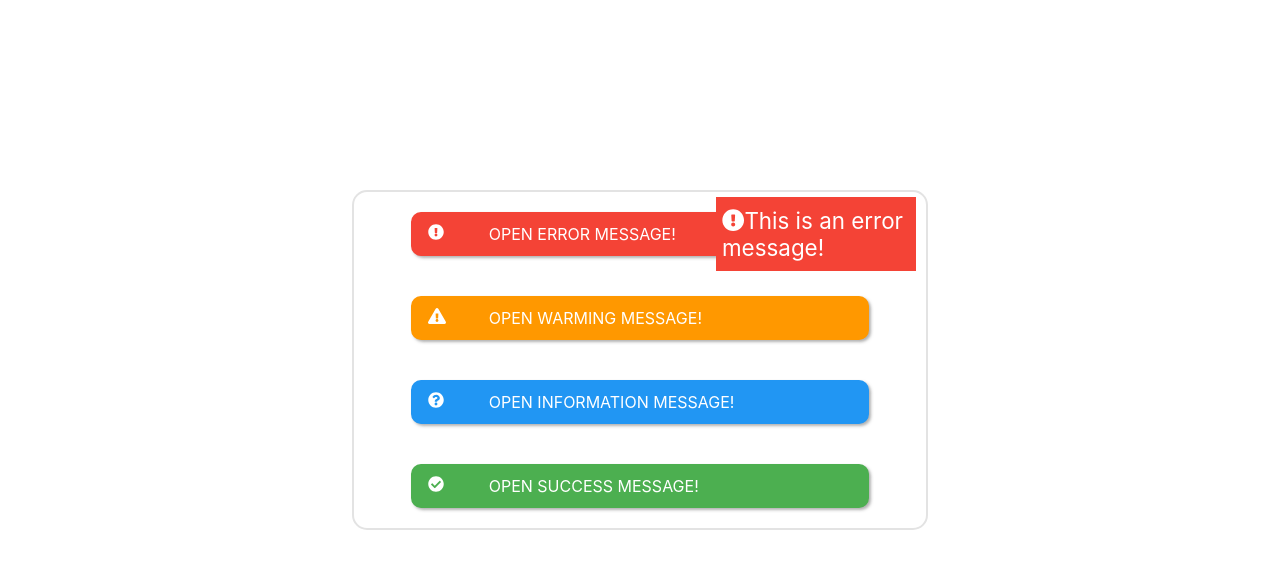
Repository: KrzysKolo/sr_tydzien5_zad2
Page: /, after clicking the first element matching `div.btn`
An editor plug-in stored every save of this project. The page is shown before and after the next save, followed by the edit.
The browser window is 1280 px wide. The pictures show the whole page.
The project was rebuilt for these pictures with package versions that can differ from the ones it lists, and the page was loaded fresh each time.

Above is the page before, as saved 2020-12-28 04:18:04.

After the next save:
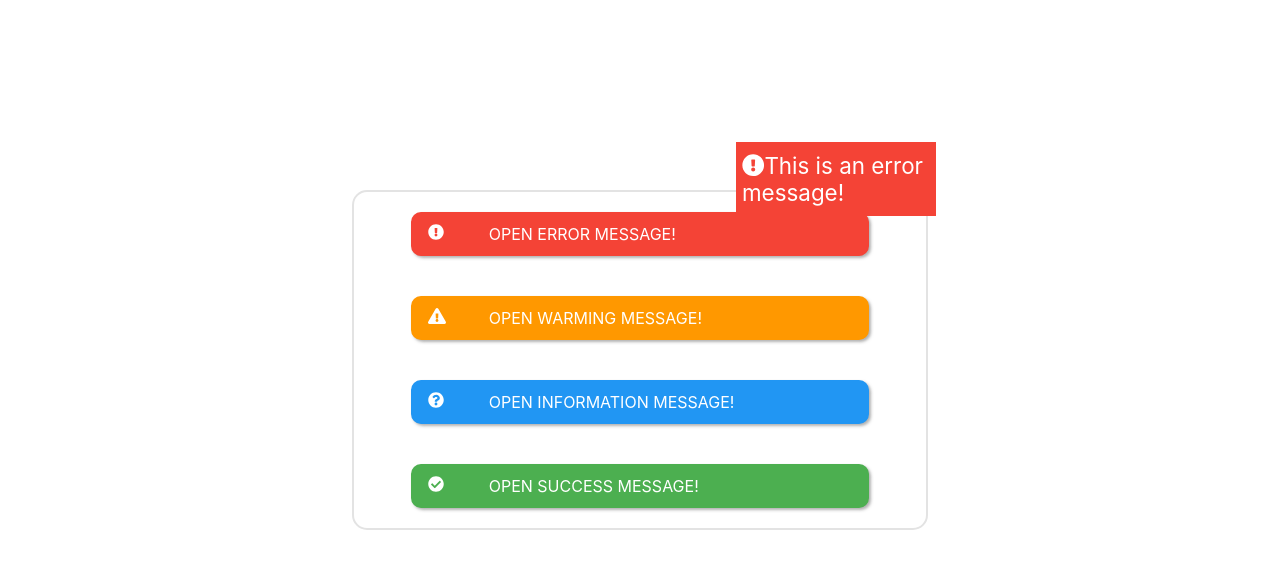
Saved 17 s later.
--- a/src/App.css
+++ b/src/App.css
@@ -59,6 +59,6 @@ body {
 }
 .top-right {
   position: absolute;
-  top: 5px;
-  right: 10px;
+  top: -50px;
+  right: -10px;
 }
